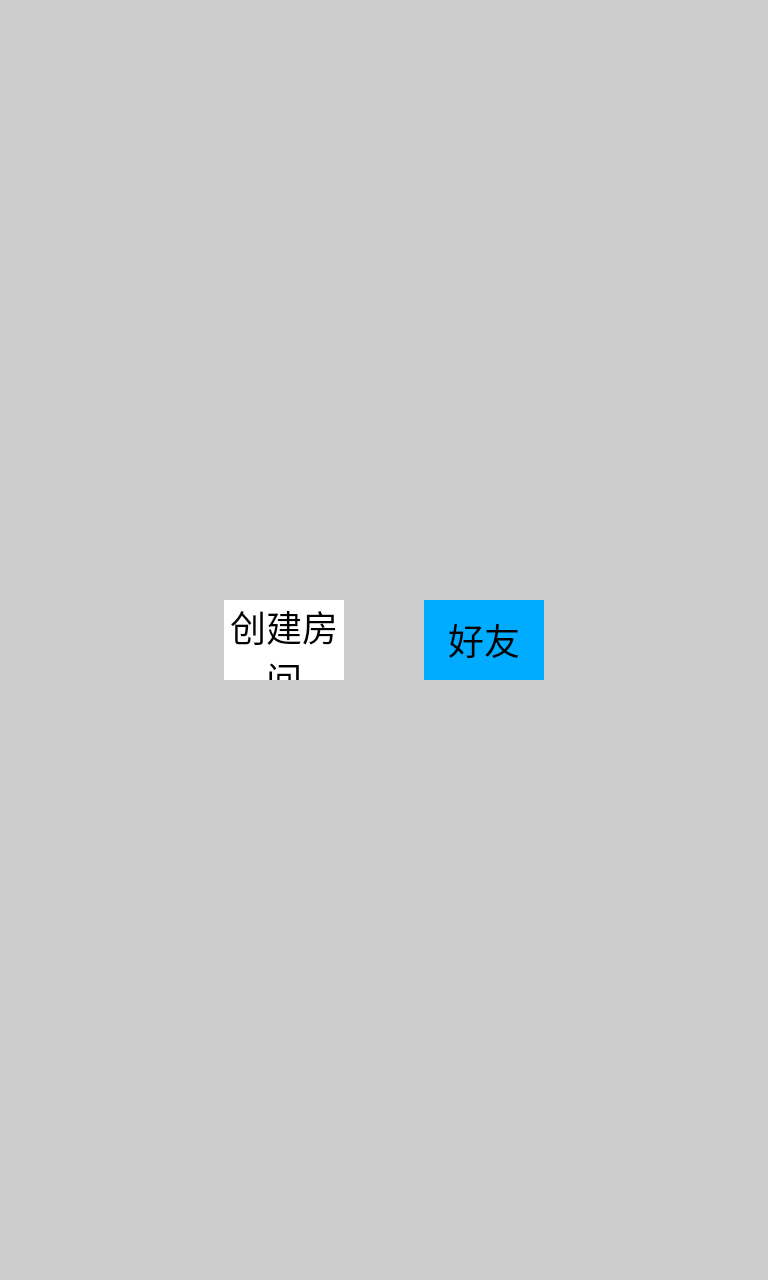
Repository: fanloveoupao/WecharTest
Layout: TestWechar/res/layout/addfriedsorroom.xml
An editor plug-in stored every save of this project. The layout is shown before and after the next save, followed by the edit.
It is drawn on a 768 x 1280 px phone screen (xhdpi) without system bars, with theme AppTheme; the app's code is not run.

Above is the layout before, as saved 2015-10-08 01:08:11.

### TestWechar/res/layout/addfriedsorroom.xml
<?xml version="1.0" encoding="utf-8"?>
<LinearLayout xmlns:android="http://schemas.android.com/apk/res/android"
    android:layout_width="match_parent"
    android:layout_height="match_parent"
    android:layout_gravity="center"
    android:background="#CCCCCC"
    android:orientation="vertical" >

    <LinearLayout
        android:layout_width="fill_parent"
        android:layout_height="match_parent"
        android:gravity="center"
        android:orientation="horizontal" >

        <Button
            android:id="@+id/create_room"
            android:layout_width="60dp"
            android:layout_height="40dp"
            android:layout_marginRight="20dp"
            android:background="@drawable/button_register_bg"
            android:text="创建房间" />

        <Button
            android:id="@+id/add_friends"
            android:layout_width="60dp"
            android:layout_height="40dp"
            android:layout_marginLeft="20dp"
            android:background="@drawable/button_login_bg"
            android:text="好友" />
    </LinearLayout>

</LinearLayout>

### TestWechar/res/values/styles.xml
<resources>

    <!--
        Base application theme, dependent on API level. This theme is replaced
        by AppBaseTheme from res/values-vXX/styles.xml on newer devices.











    -->
    <style name="AppBaseTheme" parent="android:Theme.Light">
        <!--
            Theme customizations available in newer API levels can go in
            res/values-vXX/styles.xml, while customizations related to
            backward-compatibility can go here.






        -->
    </style>

    <!-- Application theme. -->
    <style name="AppTheme" parent="AppBaseTheme">
        <!-- All customizations that are NOT specific to a particular API-level can go here. -->
    </style>

    <style name="animationmsg">
        <item name="android:windowEnterAnimation">@anim/msg_enter</item>
        <item name="android:windowExitAnimation">@anim/msg_exit</item>
    </style>

</resources>

### TestWechar/res/values/color.xml
<?xml version="1.0" encoding="utf-8"?>
<resources>

    <color name="white">#ffffffff</color>
    <color name="window_bg">#fff0f3f6</color>
    <color name="title_bg">#ff54acea</color>
    <color name="chat_text">#ff333333</color>
    <color name="common_top_bar_blue">#4ebcd3</color>
    <color name="btn_login_normal">#00acff</color>
    <color name="btn_login_pressed">#46678d</color>
    <color name="btn_logout_normal">#d33f3f</color>
    <color name="btn_logout_pressed">#DA5A4D</color>
    <color name="btn_register_normal">#ffffff</color>
    <color name="btn_register_pressed">#00acff</color>
    <color name="common_bottom_bar_normal_bg">#2d2f31</color>
    <color name="common_bottom_bar_selected_bg">#161718</color>
    <color name="common_botton_bar_blue">#2ea7e0</color>
    <color name="common_bg">#fcfcfc</color>
    <color name="btn_pressed_green_solid">#B6DA53</color>
    <color name="divider_list">#d4d4d4</color>
    <color name="top_bar_normal_bg">#00acff</color>
    <color name="error_item_color">#F6EBE6</color>
    <color name="bottom_bar_normal_bg">#2D2F31</color>
    <color name="bottom_text_color_normal">#ffffff</color>
    <color name="btn_white_normal">#f7f8f8</color>
    <color name="btn_white_pressed">#b5b5b6</color>
    <color name="btn_green_noraml">#68C270</color>
    <color name="btn_green_pressed">#6FCD78</color>
    <color name="btn_gray_normal">#c0c0c0</color>
    <color name="btn_gray_pressed_status">#b5b5b6</color>
    <color name="btn_gray_pressed">#666667</color>
    <color name="btn_blue_normal">#1e90ff</color>
    <color name="btn_blue_pressed">#0066FF</color>
    <color name="orange">#FFA500</color>
    <color name="gray_pressed">#b5b5b6</color>
    <color name="gray_normal">#666667</color>
    <color name="grid_state_pressed">#1Affffff</color>
    <color name="grid_state_focused">#80000000</color>
    <color name="voip_interface_text_color">#bababa</color>
    <color name="black_deep">#FF000000</color>
    <color name="btn_answer_pressed">#4ebcd3</color>
    <color name="btn_answer_normal">#2dafa3</color>

</resources>

Loaded but not shown: TestWechar/res/values-v11/styles.xml (common file); TestWechar/res/values-v14/styles.xml (common file); TestWechar/res/drawable/button_register_bg.xml (common file); TestWechar/res/drawable/button_login_bg.xml (common file)

After the next save:
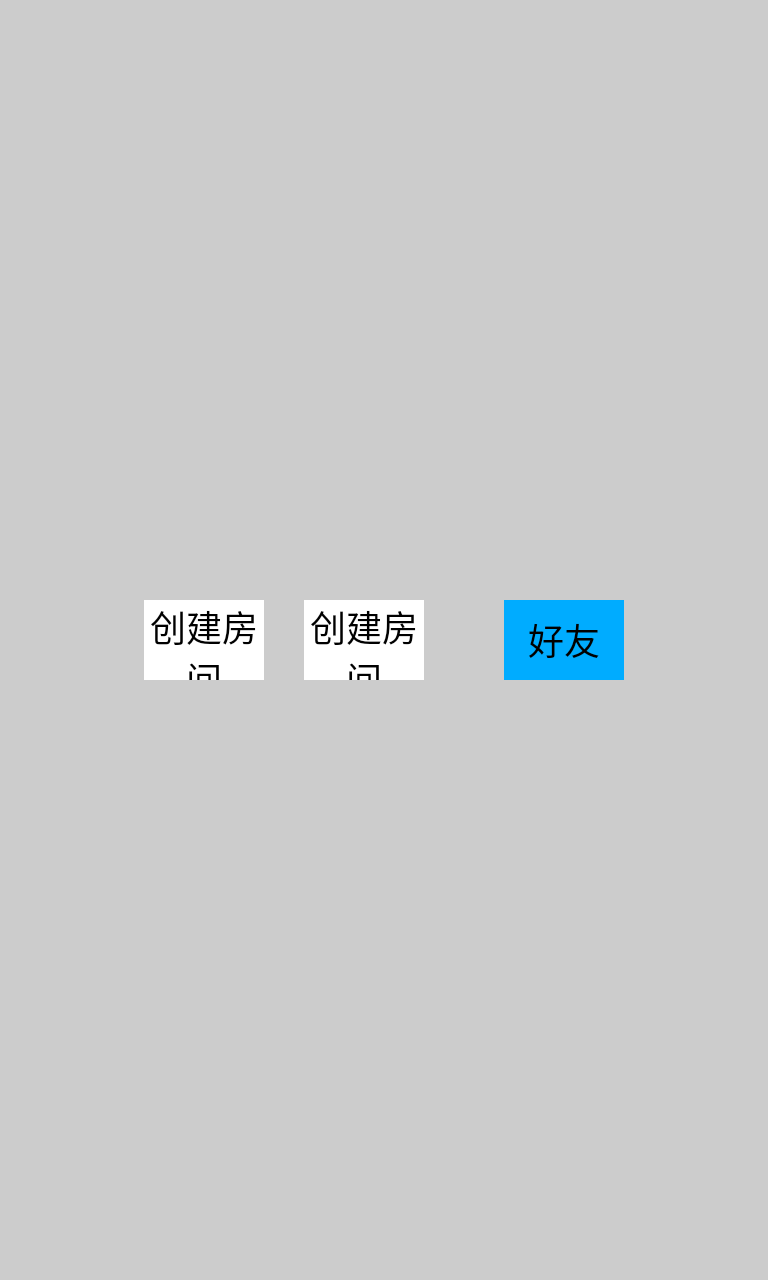
Saved 22 s later.
--- a/TestWechar/res/layout/addfriedsorroom.xml
+++ b/TestWechar/res/layout/addfriedsorroom.xml
@@ -21,6 +21,14 @@
             android:text="创建房间" />
 
         <Button
+            android:id="@+id/join_room"
+            android:layout_width="60dp"
+            android:layout_height="40dp"
+            android:layout_marginRight="20dp"
+            android:background="@drawable/button_register_bg"
+            android:text="创建房间" />
+
+        <Button
             android:id="@+id/add_friends"
             android:layout_width="60dp"
             android:layout_height="40dp"
